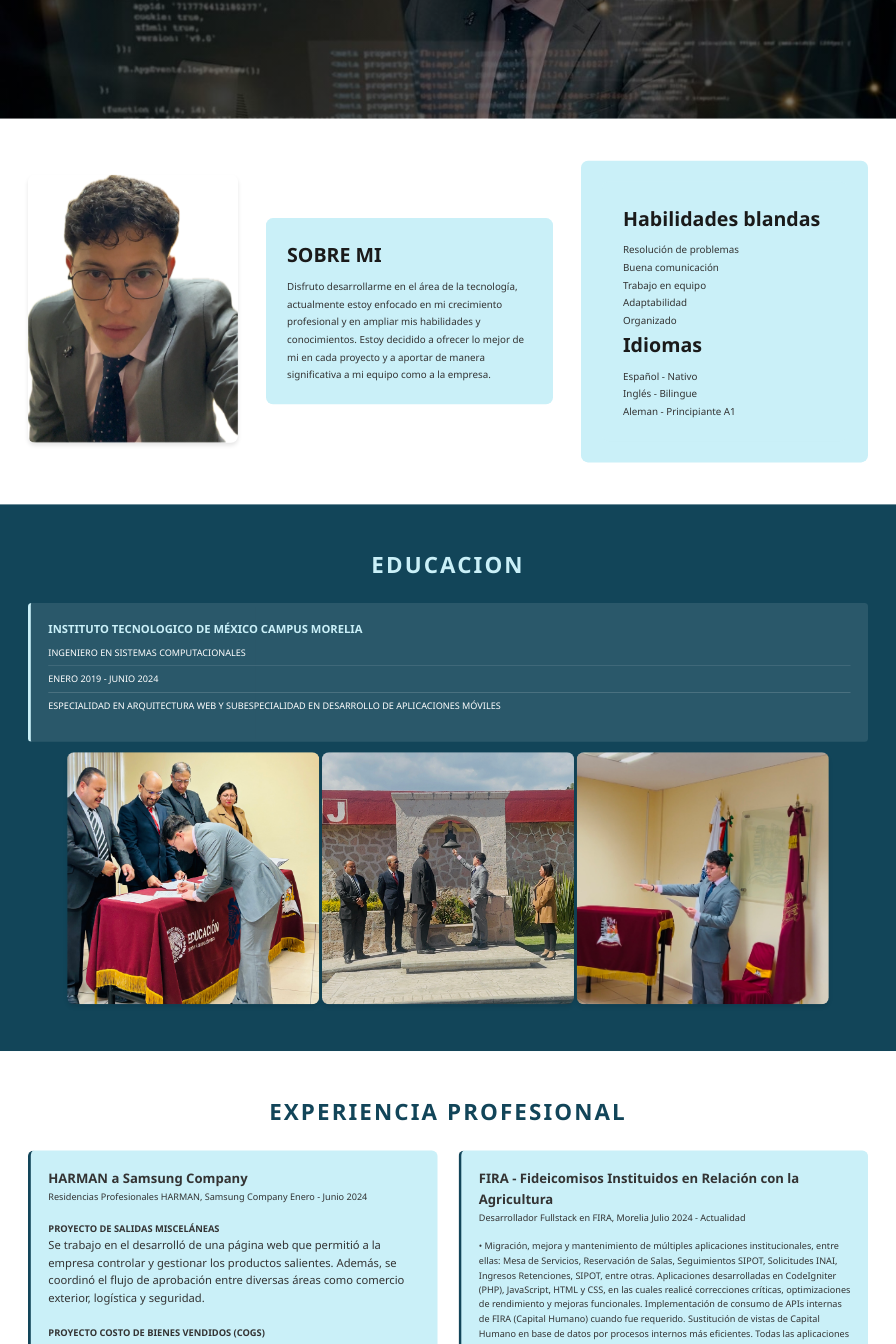
Repository: rafaelsilva2k/mi-portafolio
Page: index.html
The author's editor kept a copy of each file at every save. The page is drawn from the files as they stood at one save, then again after the next save.
The browser window is 1280 px wide. The pictures show the part of the page from y = 431 to 2351 px (the page is 3354 px tall before and 3414 px after), at 70% of full size.

Above is the page before, as saved 2026-04-17 13:16:04.

After the next save:
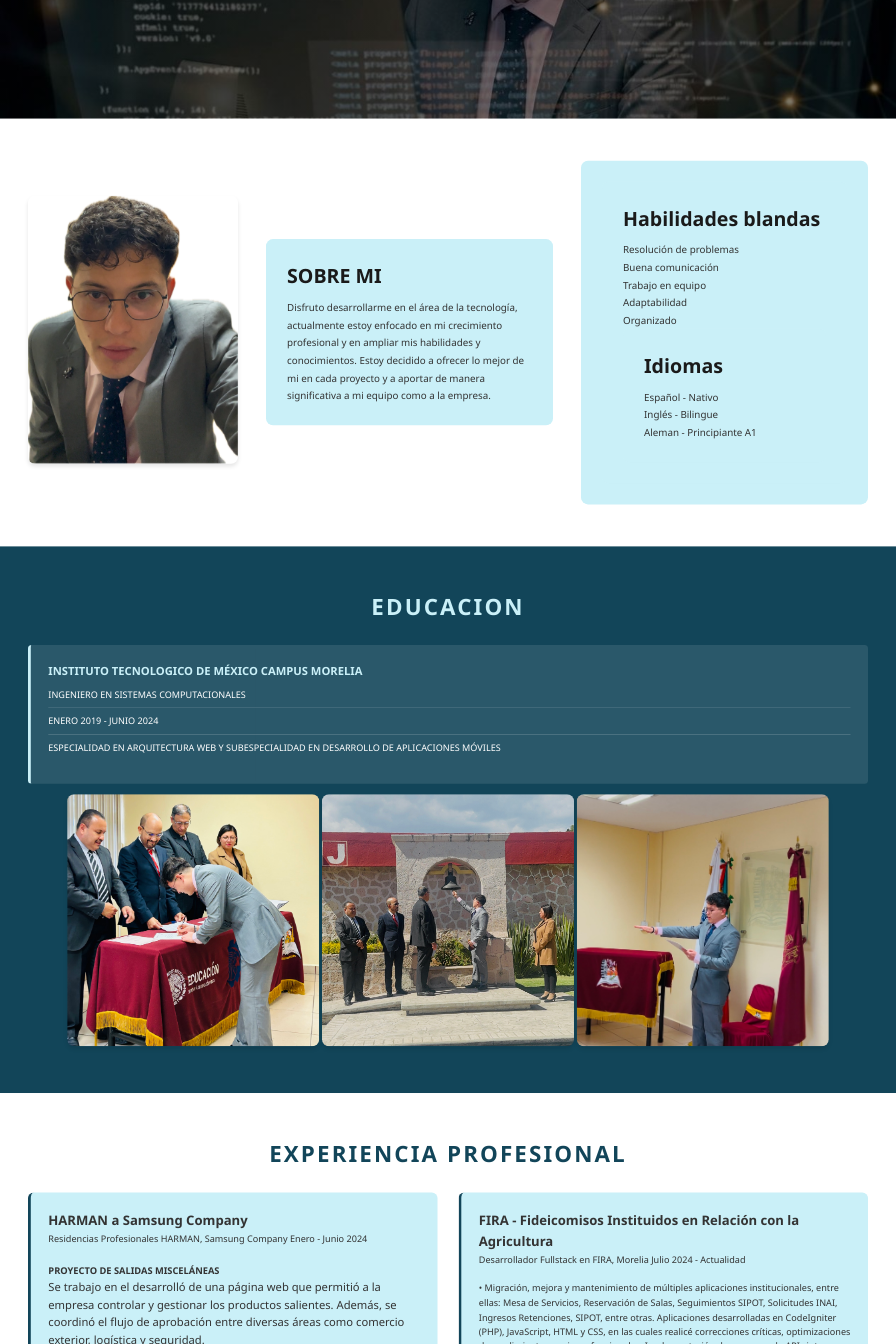
Saved 50 s later.
--- a/index.html
+++ b/index.html
@@ -50,7 +50,7 @@
                         <h2>Habilidades blandas</h2>
                         <p> Resolución de problemas <br> Buena comunicación <br> Trabajo en equipo  <br> Adaptabilidad <br> Organizado</p>
                     </div>
-                    <div>
+                    <div class="sobre-mi-habilidades">
                         <h2>Idiomas</h2>
                         <p>Español - Nativo <br> Inglés - Bilingue <br> Aleman - Principiante A1</p>
                     </div>
